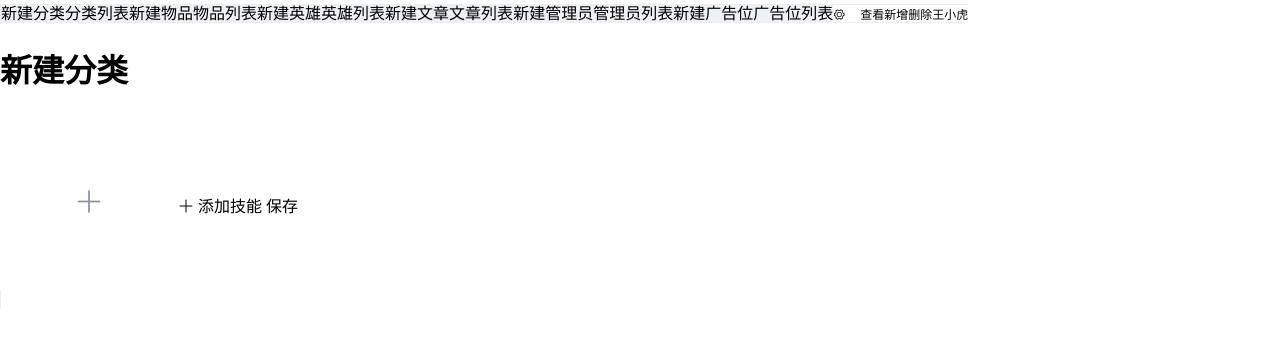
Repository: zqw980624/aaa
Page: /hero/create (app in admin/)
An editor plug-in stored every save of this project. The page is shown before and after the next save, followed by the edit.
The browser window is 1280 px wide. The pictures show the whole page.
The page's requests for data from a server got no answer. The project was rebuilt for these pictures with package versions that can differ from the ones it lists, and the page was loaded fresh each time. No one was signed in, and anything a server would have sent is missing. Also part of the build but not shown: admin/src/views/CategoryEditor.vue, admin/src/views/CategoryList.vue, admin/src/views/ItemList.vue, admin/src/views/HeroList.vue, admin/src/views/ArticleEditor.vue, admin/src/views/ArticleList.vue, admin/src/views/AdsList.vue, admin/src/views/AdministratorEditor.vue and 1 more. Imported but missing from the stored project, and not drawn on this page: admin/src/plugins/element.js.

Above is the page before, as saved 2020-03-09 22:37:16.

### admin/src/main.js
import Vue from 'vue';
import App from './App.vue';
import './plugins/element.js'
import router from './router'

Vue.config.productionTip = false;

import http from "./http"
Vue.prototype.$http = http

new Vue({
  router,
  render: (h) => h(App)
}).$mount('#app');

### admin/src/App.vue
<template>
  <div id="app">
   <router-view></router-view>
  </div>
</template>

<style>
  html,body{
    margin: 0;
    padding: 0;
  }
</style>

### admin/src/router/index.js
import Vue from 'vue'
import VueRouter from 'vue-router'
import Main from '../views/Main.vue'
import CategoryEditor from '../views/CategoryEditor.vue'
import CategoryList from '../views/CategoryList.vue'

import ItemEditor from '../views/ItemEditor.vue'
import ItemList from '../views/ItemList.vue'

import HeroEditor from '../views/HeroEditor.vue'
import HeroList from '../views/HeroList.vue'

import ArticleEditor from '../views/ArticleEditor.vue'
import ArticleList from '../views/ArticleList.vue'

import AdsEditor from '../views/AdsEditor.vue'
import AdsList from '../views/AdsList.vue'

import AdministratorEditor from '../views/AdministratorEditor.vue'
import AdministratorList from '../views/AdministratorList.vue'
Vue.use(VueRouter)

const routes = [
  {
    path: '/',
    name: 'Main',
    component: Main,
    children:[
      {path:"category/create",component:CategoryEditor},
      {path:"category/editor/:id",component:CategoryEditor,props:true},
      {path:"category/list",component:CategoryList},

      {path:"item/create",component:ItemEditor},
      {path:"item/editor/:id",component:ItemEditor,props:true},
      {path:"item/list",component:ItemList},

      {path:"hero/create",component:HeroEditor},
      {path:"hero/editor/:id",component:HeroEditor,props:true},
      {path:"hero/list",component:HeroList},

      {path:"article/create",component:ArticleEditor},
      {path:"article/editor/:id",component:ArticleEditor,props:true},
      {path:"article/list",component:ArticleList},

      {path:"ad/create",component:AdsEditor},
      {path:"ad/editor/:id",component:AdsEditor,props:true},
      {path:"ad/list",component:AdsList},

      {path:"administrator/create",component:AdministratorEditor},
      {path:"administrator/editor/:id",component:AdministratorEditor,props:true},
      {path:"administrator/list",component:AdministratorList},


    ]
  }
]

const router = new VueRouter({
  mode: 'history',
  base: process.env.BASE_URL,
  routes
})

export default router

### admin/src/http.js
import axios from "axios";

const http = axios.create({
    baseURL:"http://localhost:3000/admin/api"
})

export default http

### admin/src/views/Main.vue

<template>
  <el-container style="height: 100vh; border: 1px solid #eee">
    <el-aside width="200px" style="background-color: rgb(238, 241, 246)">
      <el-menu
        router
        :default-active="$route.path"
        :default-openeds="['1']"
        unique-opened
        background-color="#404040"
        text-color="#aaa"
        active-text-color="#ff4238"
      >
        <el-submenu index="1">
          <template slot="title">
            <i class="el-icon-message"></i>内容管理
          </template>
          <el-menu-item-group>
            <template slot="title">分类</template>
            <el-menu-item index="/category/create">新建分类</el-menu-item>
            <el-menu-item index="/category/list">分类列表</el-menu-item>
          </el-menu-item-group>
          <el-menu-item-group>
            <template slot="title">物品</template>
            <el-menu-item index="/item/create">新建物品</el-menu-item>
            <el-menu-item index="/item/list">物品列表</el-menu-item>
          </el-menu-item-group>
        </el-submenu>

        <el-submenu index="2">
          <template slot="title">
            <i class="el-icon-message"></i>系统管理
          </template>
          <el-menu-item-group>
            <template slot="title">英雄</template>
            <el-menu-item index="/hero/create">新建英雄</el-menu-item>
            <el-menu-item index="/hero/list">英雄列表</el-menu-item>
          </el-menu-item-group>
          <el-menu-item-group>
            <template slot="title">文章</template>
            <el-menu-item index="/article/create">新建文章</el-menu-item>
            <el-menu-item index="/article/list">文章列表</el-menu-item>
          </el-menu-item-group>

        </el-submenu>

        <el-submenu index="3">
           <template slot="title">
            <i class="el-icon-message"></i>管理员管理
          </template>
          <el-menu-item-group>
            <template slot="title">管理员</template>
            <el-menu-item index="/administrator/create">新建管理员</el-menu-item>
            <el-menu-item index="/administrator/list">管理员列表</el-menu-item>
          </el-menu-item-group>
           <el-menu-item-group>
            <template slot="title">广告位</template>
            <el-menu-item index="/ad/create">新建广告位</el-menu-item>
            <el-menu-item index="/ad/list">广告位列表</el-menu-item>
          </el-menu-item-group>
        </el-submenu>
      </el-menu>
    </el-aside>

    <el-container>
      <el-header style="text-align: right; font-size: 12px">
        <el-dropdown>
          <i class="el-icon-setting" style="margin-right: 15px"></i>
          <el-dropdown-menu slot="dropdown">
            <el-dropdown-item>查看</el-dropdown-item>
            <el-dropdown-item>新增</el-dropdown-item>
            <el-dropdown-item>删除</el-dropdown-item>
          </el-dropdown-menu>
        </el-dropdown>
        <span>王小虎</span>
      </el-header>

      <el-main>
        <router-view></router-view>
      </el-main>
    </el-container>
  </el-container>
</template>

<style>
.el-header {
  background-color: #b3c0d1;
  color: #333;
  line-height: 60px;
}

.el-aside {
  color: #333;
}
</style>

### admin/src/views/ItemEditor.vue
<template>
  <div>
    <h1>{{id?'编辑':'新建'}}分类</h1>
    <el-form @submit.native.prevent="save" label-width="100px">
      <el-form-item label="名称">
        <el-input v-model="model.name"></el-input>
      </el-form-item>
      <el-form-item label="图标">
        <el-upload
          class="avatar-uploader"
          :action="$http.defaults.baseURL + '/upload'"
          :show-file-list="false"
          :on-success="handleAvatarSuccess"

        >
          <img v-if="model.icon" :src="model.icon" class="avatar" />
          <i v-else class="el-icon-plus avatar-uploader-icon"></i>
        </el-upload>
      </el-form-item>
      <el-form-item>
        <el-button type="primary" native-type="submit">保存</el-button>
      </el-form-item>
    </el-form>
  </div>
</template>


<script>
export default {
  props: {
    id: {}
  },
  data() {
    return {
      model: {
        name: "",
        icon:""
      }
    };
  },
  methods: {
    handleAvatarSuccess(res){
      console.log(res)
      this.$set(this.model,"icon",res.url)
      // this.model.icon = res.url
    },
    async save() {
      let res;
      if (this.id) {
        res = await this.$http({
          method: "put",
          url: `/rest/items/${this.id}`,
          data: this.model
        });
      } else {
        res = await this.$http({
          method: "post",
          url: "/rest/items",
          data: this.model
        });
      }

      if (res.data) {
        this.$router.push("/item/list");
        this.$message({
          type: "success",
          message: "保存成功"
        });
      }
    },
    async fetch() {
      let res = await this.$http.get(`/rest/items/${this.id}`);

      this.model = res.data;
    }
  },
  created() {
    this.id && this.fetch();
  }
};
</script>

<style>
  .avatar-uploader .el-upload {
    border: 1px dashed #d9d9d9;
    border-radius: 6px;
    cursor: pointer;
    position: relative;
    overflow: hidden;
  }
  .avatar-uploader .el-upload:hover {
    border-color: #409EFF;
  }
  .avatar-uploader-icon {
    font-size: 28px;
    color: #8c939d;
    width: 178px;
    height: 178px;
    line-height: 178px;
    text-align: center;
  }
  .avatar {
    width: 178px;
    height: 178px;
    display: block;
  }
</style>

### admin/src/views/HeroEditor.vue
<template>
  <div>
    <h1>{{id?'编辑':'新建'}}分类</h1>
    <el-form @submit.native.prevent="save" label-width="100px">
      <el-tabs value="skills" type="border-card">
        <el-tab-pane label="基础信息" name="basic">
          <el-form-item label="角色">
            <el-input v-model="model.name"></el-input>
          </el-form-item>
          <el-form-item label="称号">
            <el-input v-model="model.title"></el-input>
          </el-form-item>
          <el-form-item label="头像">
            <el-upload
              class="avatar-uploader"
              :action="$http.defaults.baseURL + '/upload'"
              :show-file-list="false"
              :on-success="handleAvatarSuccess"
            >
              <img v-if="model.avator" :src="model.avator" class="avatar" />
              <i v-else class="el-icon-plus avatar-uploader-icon"></i>
            </el-upload>
          </el-form-item>
          <el-form-item label="职业">
            <el-select v-model="model.categories" placeholder="请选择" multiple>
              <el-option
                v-for="item in catogories"
                :key="item._id"
                :label="item.name"
                :value="item._id"
              ></el-option>
            </el-select>
          </el-form-item>
          <el-form-item label="难度">
            <el-rate
              style="margin-top:.6rem"
              :max="9"
              v-model="model.details.difficulty"
              show-score
            ></el-rate>
          </el-form-item>
          <el-form-item label="技能">
            <el-rate style="margin-top:.6rem" :max="9" v-model="model.details.skill" show-score></el-rate>
          </el-form-item>
          <el-form-item label="攻击">
            <el-rate style="margin-top:.6rem" :max="9" v-model="model.details.attack" show-score></el-rate>
          </el-form-item>
          <el-form-item label="生存">
            <el-rate style="margin-top:.6rem" :max="9" v-model="model.details.existence" show-score></el-rate>
          </el-form-item>

          <el-form-item label="顺风出装">
            <el-select v-model="model.tailWind" placeholder="请选择" multiple>
              <el-option v-for="item in items" :key="item._id" :label="item.name" :value="item._id"></el-option>
            </el-select>
          </el-form-item>
          <el-form-item label="逆风出装">
            <el-select v-model="model.headwind" placeholder="请选择" multiple>
              <el-option v-for="item in items" :key="item._id" :label="item.name" :value="item._id"></el-option>
            </el-select>
          </el-form-item>
          <el-form-item label="使用技巧">
            <el-input v-model="model.useTip" type="textarea"></el-input>
          </el-form-item>
          <el-form-item label="对抗技巧">
            <el-input t v-model="model.combatTip" type="textarea"></el-input>
          </el-form-item>
          <el-form-item label="团队思路">
            <el-input t v-model="model.teamTip" type="textarea"></el-input>
          </el-form-item>
        </el-tab-pane>
        <el-tab-pane label="技能" name="skills">
          <el-button size="small" @click="model.skills.push({})">
            <i class="el-icon-plus"></i> 添加技能
          </el-button>
          <el-row>
            <el-col :md="12" v-for="(item,index) in model.skills" :key="index">
              <el-form-item label="名称">
                <el-input v-model="item.name"></el-input>
              </el-form-item>
              <el-form-item label="图标">
                <el-upload
                  class="avatar-uploader"
                  :action="$http.defaults.baseURL + '/upload'"
                  :show-file-list="false"
                  :on-success="res => $set(item,'icon',res.url)"
                >
                  <img v-if="item.icon" :src="item.icon" class="avatar" />
                  <i v-else class="el-icon-plus avatar-uploader-icon"></i>
                </el-upload>
              </el-form-item>
              <el-form-item label="描述">
                <el-input v-model="item.description"></el-input>
              </el-form-item>
              <el-form-item label="小提示">
                <el-input type="textarea" v-model="item.tips"></el-input>
              </el-form-item>
              <el-form-item>
                <el-button @click="model.skills.splice(index,1)" type="danger">删除</el-button>
              </el-form-item>
            </el-col>
          </el-row>
        </el-tab-pane>
      </el-tabs>
      <el-form-item>
        <el-button type="primary" style="margin-top:1rem" native-type="submit">保存</el-button>
      </el-form-item>
    </el-form>
  </div>
</template>


<script>
export default {
  props: {
    id: {}
  },
  data() {
    return {
      model: {
        details: {
          difficulty: 0,
          skill: 0,
          attack: 0,
          existence: 0
        },
        skills: []
      },
      catogories: [],
      items: []
    };
  },
  methods: {
    handleAvatarSuccess(res) {
      console.log(res);
      this.$set(this.model, "avator", res.url);
      // this.model.icon = res.url
    },
    async save() {
      let res;
      if (this.id) {
        res = await this.$http({
          method: "put",
          url: `/rest/hero/${this.id}`,
          data: this.model
        });
      } else {
        res = await this.$http({
          method: "post",
          url: "/rest/hero",
          data: this.model
        });
      }

      if (res.data) {
        this.$router.push("/hero/list");
        this.$message({
          type: "success",
          message: "保存成功"
        });
      }
    },
    async fetch() {
      let res = await this.$http.get(`/rest/hero/${this.id}`);

      this.model = res.data;
    },
    async fetchCategories() {
      let res = await this.$http.get(`/rest/categories`);
      this.catogories = res.data;
    },
    async fetchItems() {
      let res = await this.$http.get(`/rest/items`);
      this.items = res.data;
    }
  },
  created() {
    this.fetchCategories();
    this.fetchItems();
    this.id && this.fetch();
  }
};
</script>

<style>
.avatar-uploader .el-upload {
  border: 1px dashed #d9d9d9;
  border-radius: 6px;
  cursor: pointer;
  position: relative;
  overflow: hidden;
}
.avatar-uploader .el-upload:hover {
  border-color: #409eff;
}
.avatar-uploader-icon {
  font-size: 28px;
  color: #8c939d;
  width: 178px;
  height: 178px;
  line-height: 178px;
  text-align: center;
}
.avatar {
  width: 178px;
  height: 178px;
  display: block;
}
</style>

### admin/src/views/AdsEditor.vue
<template>
  <div>
    <h1>{{id?'编辑':'新建'}}广告位</h1>
    <el-form @submit.native.prevent="save" label-width="100px">
      <el-form-item label="名称">
        <el-input v-model="model.name"></el-input>
      </el-form-item>
       <el-form-item label="广告">
       <el-button size="small" @click="model.ads.push({})">
            <i class="el-icon-plus"></i> 添加广告
          </el-button>
      </el-form-item>


          <el-row>
            <el-col :md="12" v-for="(item,index) in model.ads" :key="index">
             <el-form-item label="链接">
                <el-input v-model="item.link"></el-input>
              </el-form-item>
              <el-form-item label="图标">
                <el-upload
                  class="avatar-uploader"
                  :action="$http.defaults.baseURL + '/upload'"
                  :show-file-list="false"
                  :on-success="res => $set(item,'image',res.url)"
                >
                  <img v-if="item.image" :src="item.image" class="avatar" />
                  <i v-else class="el-icon-plus avatar-uploader-icon"></i>
                </el-upload>
              </el-form-item>

               <el-form-item>
                <el-button size="small" @click="model.ads.splice(index,1)" type="danger">删除</el-button>
              </el-form-item>
            </el-col>
          </el-row>

      <el-form-item>
        <el-button type="primary" native-type="submit">保存</el-button>
      </el-form-item>
    </el-form>
  </div>
</template>


<script>
export default {
  props: {
    id: {}
  },
  data() {
    return {
      model: {
        name: "",
        ads:[]
      }
    };
  },
  methods: {
    handleAvatarSuccess(res){
      console.log(res)
      this.$set(this.model,"icon",res.url)
      // this.model.icon = res.url
    },
    async save() {
      let res;
      if (this.id) {
        res = await this.$http({
          method: "put",
          url: `/rest/ads/${this.id}`,
          data: this.model
        });
      } else {
        res = await this.$http({
          method: "post",
          url: "/rest/ads",
          data: this.model
        });
      }

      if (res.data) {
        this.$router.push("/ad/list");
        this.$message({
          type: "success",
          message: "保存成功"
        });
      }
    },
    async fetch() {
      let res = await this.$http.get(`/rest/ads/${this.id}`);

      this.model = res.data;
    }
  },
  created() {
    this.id && this.fetch();
  }
};
</script>

<style>
  .avatar-uploader .el-upload {
    border: 1px dashed #d9d9d9;
    border-radius: 6px;
    cursor: pointer;
    position: relative;
    overflow: hidden;
  }
  .avatar-uploader .el-upload:hover {
    border-color: #409EFF;
  }
  .avatar-uploader-icon {
    font-size: 28px;
    color: #8c939d;
    width: 178px;
    height: 178px;
    line-height: 178px;
    text-align: center;
  }
  .avatar {
    width: 178px;
    height: 178px;
    display: block;
  }
</style>

Loaded but not shown: admin/public/index.html (common file)

After the next save:
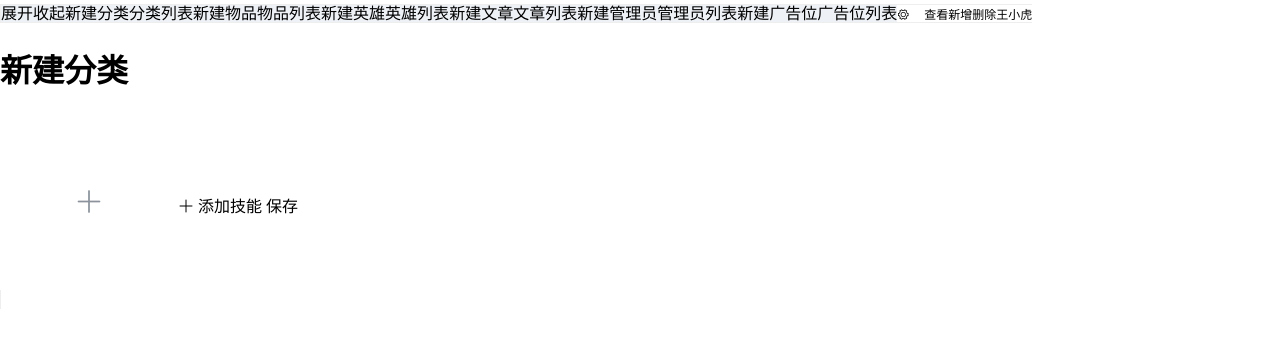
Saved 109 s later.
--- a/admin/src/views/Main.vue
+++ b/admin/src/views/Main.vue
@@ -11,6 +11,10 @@
         text-color="#aaa"
         active-text-color="#ff4238"
       >
+        <el-radio-group v-model="isCollapse" style="margin-bottom: 20px;">
+          <el-radio-button :label="false">展开</el-radio-button>
+          <el-radio-button :label="true">收起</el-radio-button>
+        </el-radio-group>
         <el-submenu index="1">
           <template slot="title">
             <i class="el-icon-message"></i>内容管理
@@ -41,11 +45,10 @@
             <el-menu-item index="/article/create">新建文章</el-menu-item>
             <el-menu-item index="/article/list">文章列表</el-menu-item>
           </el-menu-item-group>
-
         </el-submenu>
 
         <el-submenu index="3">
-           <template slot="title">
+          <template slot="title">
             <i class="el-icon-message"></i>管理员管理
           </template>
           <el-menu-item-group>
@@ -53,7 +56,7 @@
             <el-menu-item index="/administrator/create">新建管理员</el-menu-item>
             <el-menu-item index="/administrator/list">管理员列表</el-menu-item>
           </el-menu-item-group>
-           <el-menu-item-group>
+          <el-menu-item-group>
             <template slot="title">广告位</template>
             <el-menu-item index="/ad/create">新建广告位</el-menu-item>
             <el-menu-item index="/ad/list">广告位列表</el-menu-item>
